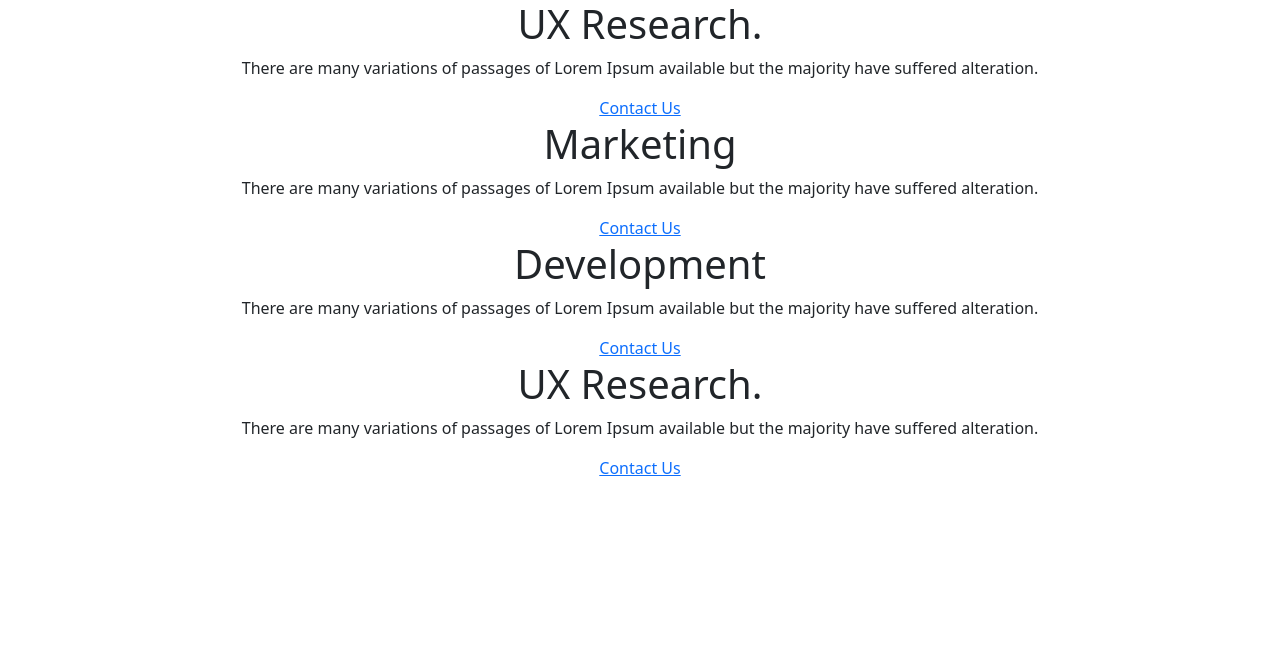
Repository: minhtrivu6199/imroz
Page: text.html
The author's editor kept a copy of each file at every save. The page is drawn from the files as they stood at one save, then again after the next save.
The browser window is 1280 px wide. The pictures show the whole page.

Above is the page before, as saved 2022-09-18 16:19:23.
Console error: SyntaxError: Function statements require a function name

### text.html
<!doctype html>
<html lang="en">

<head>
  <title>Title</title>
  <!-- Required meta tags -->
  <meta charset="utf-8">
  <meta name="viewport" content="width=device-width, initial-scale=1, shrink-to-fit=no">

  <!-- Bootstrap CSS v5.2.0-beta1 -->
  <link rel="stylesheet" href="https://cdn.jsdelivr.net/npm/bootstrap@5.2.0/dist/css/bootstrap.min.css"
    integrity="sha384-gH2yIJqKdNHPEq0n4Mqa/HGKIhSkIHeL5AyhkYV8i59U5AR6csBvApHHNl/vI1Bx" crossorigin="anonymous">

    <!-- Slick Carousel -->
    <link
      rel="stylesheet"
      type="text/css"
      href="//cdn.jsdelivr.net/npm/slick-carousel@1.8.1/slick/slick.css"
    />

    <link
      rel="stylesheet"
      type="text/css"
      href="//cdn.jsdelivr.net/npm/slick-carousel@1.8.1/slick/slick-theme.css"
    />

</head>

<body>
    <div class="slider-wrapper color-white">
        <div class="slider-activation slider-digital-agency">
          <div
            class="rn-slick-dot dot-light rn-slick-activation"
            data-slick-options='{
                "slidesToShow": 1,
                "slidesToScroll": 1,
                "arrows": true,
                "fade": true,
                "infinite": true,
                "easing": "fade",
                "infinite": true,
                "adaptiveHeight": true,
                "dots": true
            }'
          >
            <!-- Start Single Slider  -->
            <div class="single-hero-banner">
              <div
                class="slide slide-style-2 fullscreen d-flex align-items-center justify-content-center bg_image bg_image--22"
                data-black-overlay="2"
              >
                <div class="container">
                  <div class="row">
                    <!-- Slider Content -->
                    <div class="col-lg-12">
                      <div class="inner text-center">
                        <h1 class="title">UX Research.</h1>
                        <p class="description">
                          There are many variations of passages of Lorem Ipsum
                          available but the majority have suffered alteration.
                        </p>
                        <div class="slide-btn">
                          <a class="btn-default" href=""
                            >Contact Us</a
                          >
                        </div>
                      </div>
                    </div>
                    <!-- Slider Content End -->
                  </div>
                </div>
              </div>
            </div>
            <!-- End Single Slider  -->
            <!-- Start Single Slider  -->
            <div class="single-hero-banner">
              <div
                class="slide slide-style-2 fullscreen d-flex align-items-center justify-content-center bg_image bg_image--23"
                data-black-overlay="2"
                tabindex="-1"
                style="width: 100%; display: inline-block"
              >
                <div class="container">
                  <div class="row">
                    <!-- Slider Content -->
                    <div class="col-lg-12">
                      <div class="inner text-center">
                        <h1 class="title">Marketing</h1>
                        <p class="description">
                          There are many variations of passages of Lorem Ipsum
                          available but the majority have suffered alteration.
                        </p>
                        <div class="slide-btn">
                          <a class="btn-default" href=""
                            >Contact Us</a
                          >
                        </div>
                      </div>
                    </div>
                    <!-- Slider Content End -->
                  </div>
                </div>
              </div>
            </div>
            <!-- End Single Slider  -->
            <!-- Start Single Slider  -->
            <div class="single-hero-banner">
              <div
                class="slide slide-style-2 fullscreen d-flex align-items-center justify-content-center bg_image bg_image--24"
                data-black-overlay="2"
                tabindex="-1"
                style="width: 100%; display: inline-block"
              >
                <div class="container">
                  <div class="row">
                    <!-- Slider Content -->
                    <div class="col-lg-12">
                      <div class="inner text-center">
                        <h1 class="title">Development</h1>
                        <p class="description">
                          There are many variations of passages of Lorem Ipsum
                          available but the majority have suffered alteration.
                        </p>
                        <div class="slide-btn">
                          <a class="btn-default" href="contact.html"
                            >Contact Us</a
                          >
                        </div>
                      </div>
                    </div>
                    <!-- Slider Content End -->
                  </div>
                </div>
              </div>
            </div>

            <div class="single-hero-banner">
              <div
                class="slide slide-style-2 fullscreen d-flex align-items-center justify-content-center bg_image bg_image--20"
                data-black-overlay="2"
                tabindex="-1"
                style="width: 100%; display: inline-block"
              >
                <div class="container">
                  <div class="row">
                    <!-- Slider Content -->
                    <div class="col-lg-12">
                      <div class="inner text-center">
                        <h1 class="title">UX Research.</h1>
                        <p class="description">
                          There are many variations of passages of Lorem Ipsum
                          available but the majority have suffered alteration.
                        </p>
                        <div class="slide-btn">
                          <a class="btn-default" href="contact.html"
                            >Contact Us</a
                          >
                        </div>
                      </div>
                    </div>
                    <!-- Slider Content End -->
                  </div>
                </div>
              </div>
            </div>
            <!-- End Single Slider  -->
          </div>
        </div>
      </div>


      <!-- Jquery -->
    <script
    src="https://cdnjs.cloudflare.com/ajax/libs/jquery/3.6.0/jquery.min.js"
    integrity="sha512-894YE6QWD5I59HgZOGReFYm4dnWc1Qt5NtvYSaNcOP+u1T9qYdvdihz0PPSiiqn/+/3e7Jo4EaG7TubfWGUrMQ=="
    crossorigin="anonymous"
    referrerpolicy="no-referrer"
  ></script>

  <!-- Slickjs -->
  <script
  type="text/javascript"
  src="//cdn.jsdelivr.net/npm/slick-carousel@1.8.1/slick/slick.min.js"
></script>

  <!-- Bootstrap JavaScript Libraries -->
  <script src="https://cdn.jsdelivr.net/npm/@popperjs/core@2.11.5/dist/umd/popper.min.js"
    integrity="sha384-Xe+8cL9oJa6tN/veChSP7q+mnSPaj5Bcu9mPX5F5xIGE0DVittaqT5lorf0EI7Vk" crossorigin="anonymous">
  </script>

  <script src="https://cdn.jsdelivr.net/npm/bootstrap@5.2.0/dist/js/bootstrap.min.js"
    integrity="sha384-ODmDIVzN+pFdexxHEHFBQH3/9/vQ9uori45z4JjnFsRydbmQbmL5t1tQ0culUzyK" crossorigin="anonymous">
  </script>
  <script src="./js/main.js"></script>
</body>

</html>

### js/main.js
(function (window, document, $, undefined) {
slickActivation: function () {
	function slickactivation() {
		// Check if element exists
		$.fn.elExists = function () {
			return this.length > 0;
		};
		// Variables
		var $html = $('html'),
			$elementCarousel = $('.rn-slick-activation');
		if ($elementCarousel.elExists()) {
			var slickInstances = [];
			$elementCarousel.each(function (index, element) {
				var $this = $(this);
				// Carousel Options
				var $options = typeof $this.data('slick-options') !== 'undefined' ? $this.data('slick-options') : '';
				var $spaceBetween = $options.spaceBetween ? parseInt($options.spaceBetween) : 0,
					$spaceBetween_xl = $options.spaceBetween_xl ? parseInt($options.spaceBetween_xl) : 0,
					$isCustomArrow = $options.isCustomArrow ? $options.isCustomArrow : false,
					$customPrev = $isCustomArrow === true ? ($options.customPrev ? $options.customPrev : '') : '',
					$customNext = $isCustomArrow === true ? ($options.customNext ? $options.customNext : '') : '',
					$vertical = $options.vertical ? $options.vertical : false,
					$focusOnSelect = $options.focusOnSelect ? $options.focusOnSelect : false,
					$asNavFor = $options.asNavFor ? $options.asNavFor : '',
					$fade = $options.fade ? $options.fade : false,
					$autoplay = $options.autoplay ? $options.autoplay : false,
					$autoplaySpeed = $options.autoplaySpeed ? $options.autoplaySpeed : 5000,
					$swipe = $options.swipe ? $options.swipe : false,
					$adaptiveHeight = $options.adaptiveHeight ? $options.adaptiveHeight : false,

					$arrows = $options.arrows ? $options.arrows : false,
					$dots = $options.dots ? $options.dots : false,
					$infinite = $options.infinite ? $options.infinite : false,
					$centerMode = $options.centerMode ? $options.centerMode : false,
					$centerPadding = $options.centerPadding ? $options.centerPadding : '',
					$speed = $options.speed ? parseInt($options.speed) : 1000,
					$prevArrow = $arrows === true ? ($options.prevArrow ? '<span class="' + $options.prevArrow.buttonClass + '"><i class="' + $options.prevArrow.iconClass + '"></i></span>' : '<button class="slick-prev">previous</span>') : '',
					$nextArrow = $arrows === true ? ($options.nextArrow ? '<span class="' + $options.nextArrow.buttonClass + '"><i class="' + $options.nextArrow.iconClass + '"></i></span>' : '<button class="slick-next">next</span>') : '',
					$slidesToShow = $options.slidesToShow ? parseInt($options.slidesToShow, 10) : 1,
					$slidesToScroll = $options.slidesToScroll ? parseInt($options.slidesToScroll, 10) : 1;

				/*Responsive Variable, Array & Loops*/
				var $responsiveSetting = typeof $this.data('slick-responsive') !== 'undefined' ? $this.data('slick-responsive') : '',
					$responsiveSettingLength = $responsiveSetting.length,
					$responsiveArray = [];
				for (var i = 0; i < $responsiveSettingLength; i++) {
					$responsiveArray[i] = $responsiveSetting[i];

				}

				// Adding Class to instances
				$this.addClass('slick-carousel-' + index);
				$this.parent().find('.slick-dots').addClass('dots-' + index);
				$this.parent().find('.slick-btn').addClass('btn-' + index);

				if ($spaceBetween != 0) {
					$this.addClass('slick-gutter-' + $spaceBetween);
				}
				if ($spaceBetween_xl != 0) {
					$this.addClass('slick-gutter-xl-' + $spaceBetween_xl);
				}
				$this.slick({
					slidesToShow: $slidesToShow,
					slidesToScroll: $slidesToScroll,
					asNavFor: $asNavFor,
					autoplay: $autoplay,
					autoplaySpeed: $autoplaySpeed,
					speed: $speed,
					infinite: $infinite,
					arrows: $arrows,
					dots: $dots,
					vertical: $vertical,
					focusOnSelect: $focusOnSelect,
					centerMode: $centerMode,
					centerPadding: $centerPadding,
					fade: $fade,
					adaptiveHeight: $adaptiveHeight,
					prevArrow: $prevArrow,
					nextArrow: $nextArrow,
					responsive: $responsiveArray,
				});

				if ($isCustomArrow === true) {
					$($customPrev).on('click', function () {
						$this.slick('slickPrev');
					});
					$($customNext).on('click', function () {
						$this.slick('slickNext');
					});
				}
			});

			// Updating the sliders in tab
			$('a[data-toggle="tab"]').on('shown.bs.tab', function (e) {
				$elementCarousel.slick('setPosition');
			});
		}
	}
	slickactivation()
};
})(window, document, jQuery)

### css/style.css
* {
    padding: 0;
    margin: 0;
    box-sizing: border-box;
}

html, body {
    font-family: 'Poppins', sans-serif;
}

a {
    text-decoration: none;
}


img {
    max-width: 100%;
}

a.btn-default,button.btn-default {
    color: #fff;
    font-size: 16px;
    text-transform: uppercase;
    letter-spacing: 2px;
    padding: 16px 40px;
    border-radius: 500px;
    display: inline-block;
    font-weight: 500;
    transition: all 0.4s ease-in-out;
    background-size: 152% 100%;
    background: #fd4766;
    border: 2px solid #fd4766;
}

a.btn-default:hover,button.btn-default:hover {
    transition: all 0.4s ease-in-out;
    background: transparent;
    border-color: #FD4766;
    color: #FD4766;
}

a.btn-default.btn-border,
button.btn-default.btn-border {
  background-color: transparent;
  border: 2px solid #fd4766;
  color: #fd4766;
}

a.btn-default.btn-border:hover,
button.btn-default.btn-border:hover {
  color: #fff;
  border-color: #fd4766;
  background-color: #fd4766;
}

a.btn-default.btn-border.btn-opacity,
button.btn-default.btn-border.btn-opacity  {
    border: 2px solid hsla(0,0%,100%,.2);
    color: #fff;
}



.header .header-right {
    display: flex;
    align-items: center;
    flex-wrap: wrap;
}

.header .header-left .logo img {
    max-height: 60px;
}

.header .header-right .menu {
    flex-wrap: wrap;
}

.header .header-right .menu li {
    padding: 0px 10px;
}

.dropdown:hover .dropdown-menu {
    display: block !important;
}

.nav-item:hover a.nav-link {
    color: #fd4766 !important;
}


/* --------------CAROUSEL-------------- */

.holder{
    height:150px;
    background:gray;
    border:1px dashed #000;
    color:#fff;
    text-align:center;
  }

After the next save:
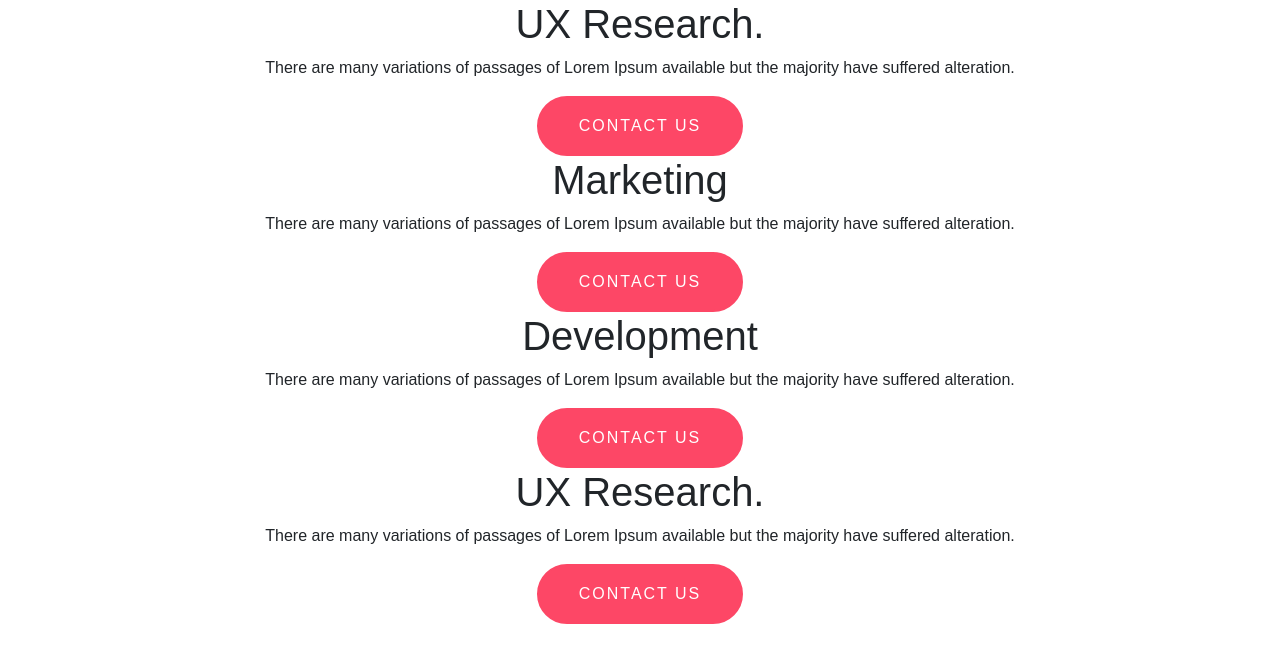
Saved 25 s later.
--- a/text.html
+++ b/text.html
@@ -23,6 +23,8 @@
       type="text/css"
       href="//cdn.jsdelivr.net/npm/slick-carousel@1.8.1/slick/slick-theme.css"
     />
+
+    <link rel="stylesheet" href="./css/style.css">
 
 </head>
 
